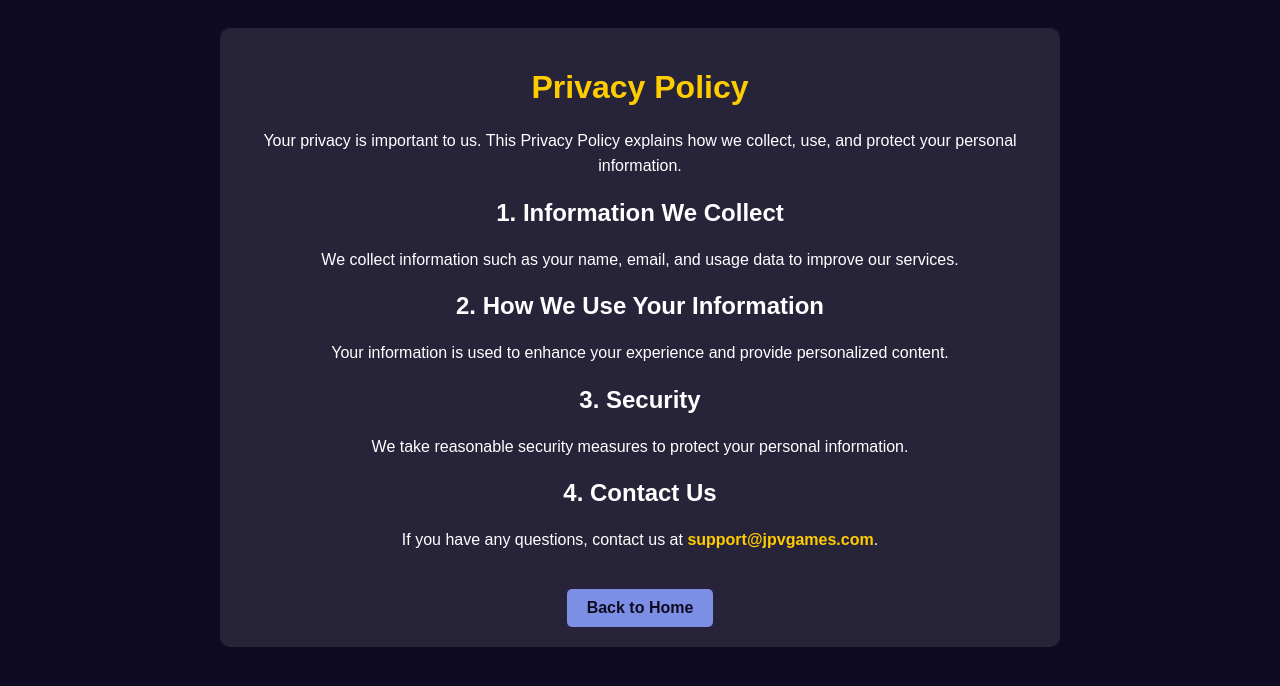
Repository: meenadabhii/jpygames.com
Page: http://localhost/privacy-policy.html
The author's editor kept a copy of each file at every save. The page is drawn from the files as they stood at one save, then again after a run of saves.
The browser window is 1280 px wide. The pictures show the whole page.
The page is served by the project's Node server (nodejs/app.js).

Above is the page before, as saved 2025-02-07 16:11:33.

After the next 2 saves:
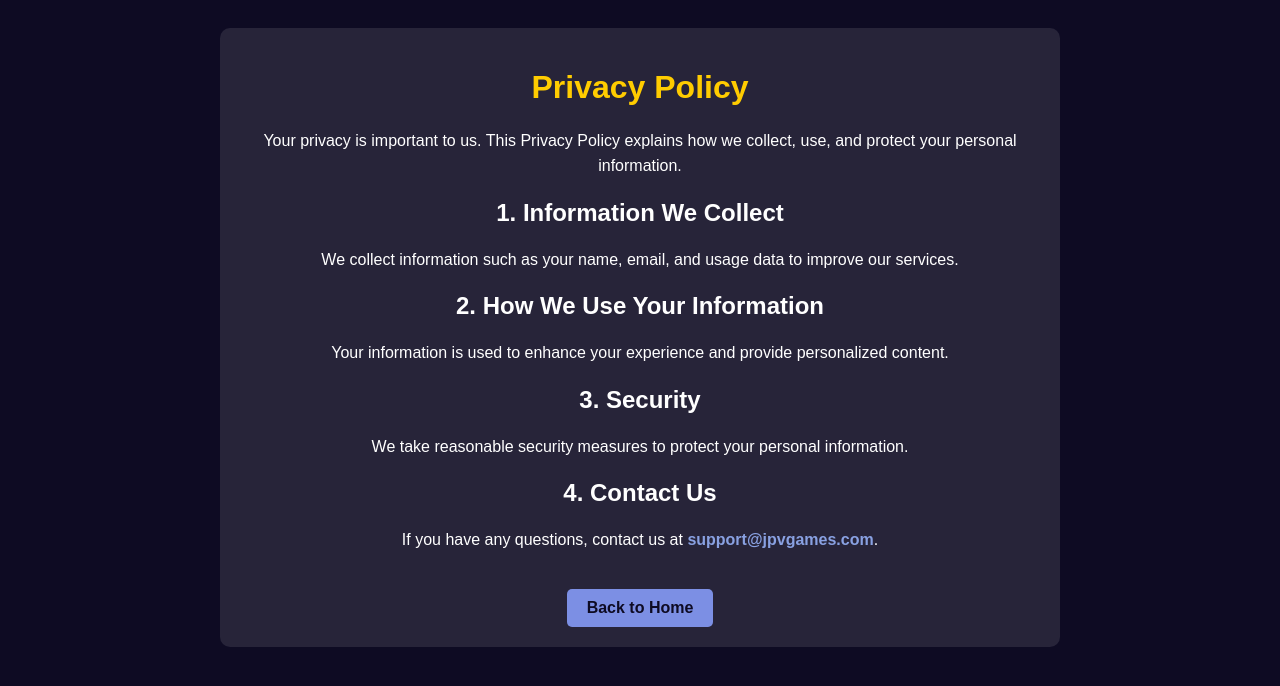
The 2 saves are shown as one change because they came seconds apart.
The last was saved 11 s later.
--- a/nodejs/views/privacy-policy.html
+++ b/nodejs/views/privacy-policy.html
@@ -30,7 +30,7 @@
         }
 
         a {
-            color: #ffcc00;
+            color: #89a1e2;
             text-decoration: none;
             font-weight: bold;
         }
